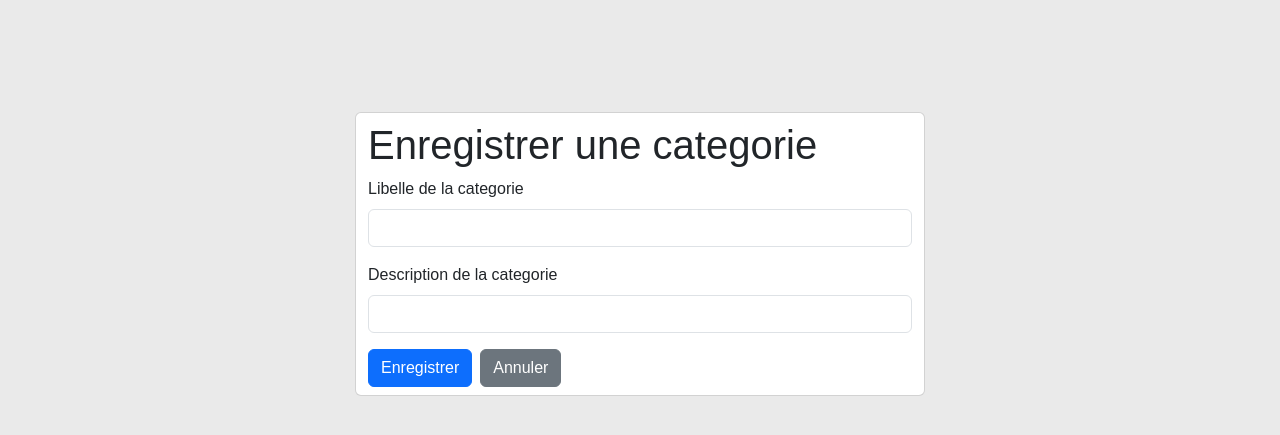
Repository: abdoulkarim20/model-gestion-produit-java-react
Page: /create-categorie
The author's editor kept a copy of each file at every save. The page is drawn from the files as they stood at one save, then again after a run of saves.
The browser window is 1280 px wide. The pictures show the whole page.
The project was rebuilt for these pictures with package versions that can differ from the ones it lists, and the page was loaded fresh each time. Also part of the build but not shown: vite.config.ts, src/components/categories/CategorieTable.tsx.

Above is the page before, as saved 2024-07-20 03:09:20.

### index.html
<!doctype html>
<html lang="en">

<head>
  <meta charset="UTF-8" />
  <link rel="icon" type="image/svg+xml" href="/vite.svg" />
  <meta name="viewport" content="width=device-width, initial-scale=1.0" />
  <title>Gestion des produits</title>
</head>

<body>
  <div id="root"></div>
  <script type="module" src="/src/main.tsx"></script>
</body>

</html>

### src/main.tsx
import React from 'react'
import ReactDOM from 'react-dom/client'
import './App.css'
import { RouterProvider } from 'react-router-dom'
import { router } from './router/Routes'

ReactDOM.createRoot(document.getElementById('root')!).render(
  <React.StrictMode>
    <RouterProvider router={router} />
  </React.StrictMode>,
)

### src/App.css
* {
    margin: 0;
    padding: 0;
    box-sizing: border-box;
    font-family: 'Nunito Sans', sans-serif;
}

body {
    background-color: #EAEAEA !important;
}

.container-style {
    margin-top: 7em;
}

.button-ajouter-style {
    margin-top: 2rem;
    margin-bottom: 1rem;
    display: flex;
    justify-content: center;
    align-items: center;
    height: 40px;
    width: auto;
    padding: 1rem;
    border-radius: 8px;
    border: none;
    background: #0B5ED7;
    color: white;
}

.form-class-div {
    width: 80%;
}

### src/router/Routes.tsx
import { createBrowserRouter, RouteObject } from "react-router-dom";
import App from "../App";
import CategorieForm from "../components/categories/CategorieForm";
import CategorieTable from "../components/categories/CategorieTable";

export const routes: RouteObject[] = [
    {
        path: '/',
        element: <App />,
        children: [
            {
                path: 'create-categorie', element: <CategorieForm key='create' />
            },
            {
                path: 'update-categorie/:id', element: <CategorieForm key='update' />
            },
            {
                path: '*', element: <CategorieTable />
            }
        ]
    }
]
export const router = createBrowserRouter(routes)

### src/App.tsx
import './App.css'
import './../node_modules/bootstrap/dist/css/bootstrap.min.css'
import { Outlet, useLocation } from 'react-router-dom'
import CategorieTable from './components/categories/CategorieTable';

function App() {
  const location = useLocation();
  return (
    <>
      {
        location.pathname === '/' ? <CategorieTable /> : (
          <div className='container-style'>
            <Outlet />
          </div>
        )
      }
    </>
  )
}

export default App

### src/components/categories/CategorieForm.tsx
import { useEffect, useState } from "react";
import { useNavigate, useParams } from "react-router-dom"
import { CategorieDTO } from "../../models/categorie/categorieDTO";
import apiConnexion from "../../api/apiConnexion";

export default function CategorieForm() {
    const { id } = useParams();
    const navigate = useNavigate();

    const [categorie, setCategorie] = useState<CategorieDTO>({
        id: undefined,
        libelle: '',
        descrition: ''
    })

    useEffect(() => {
        if (id) {
            apiConnexion.getCategorieDetail(id).then(categorie => setCategorie(categorie!));
        }
    }, [id]);

    function handleSubmit() {
        if (!categorie.id) {
            apiConnexion.createCategorie(categorie).then(() => navigate('/'));
        } else {
            apiConnexion.updateCategorie(categorie).then(() => navigate('/'));
        }
    }

    return (
        <>
            <div className="container">
                <div className="row">

                    <div className="col-md-6 offset-md-3 card py-2">
                    <h1>Enregistrer une categorie</h1>
                        <form className="form-style">
                            <div className="mb-3">
                                <label htmlFor="exampleInputEmail1" className="form-label">Libelle de la categorie</label>
                                <input type="email" className="form-control" id="exampleInputEmail1" aria-describedby="emailHelp" />
                            </div>
                            <div className="mb-3">
                                <label htmlFor="exampleInputPassword1" className="form-label">Description de la categorie</label>
                                <input type="password" className="form-control" id="exampleInputPassword1" />
                            </div>
                            <button type="submit" className="btn btn-primary">Enregistrer</button>
                            <button type="reset" className="btn btn-secondary mx-2">Annuler</button>
                        </form>
                    </div>
                </div>
            </div>
        </>
    )
}

### src/api/apiConnexion.ts
import axios, { AxiosResponse } from "axios";
import { CategorieDTO } from "../models/categorie/categorieDTO";
import { API_BASE_URL } from "../../config.ts";

const apiConnexion = {

    getAllCategories: async (): Promise<CategorieDTO[]> => {
        try {
            const response: AxiosResponse<CategorieDTO[]> = await axios.get(`${API_BASE_URL}/categories/liste`);
            const categories = response.data.map((categorie: CategorieDTO) => ({
                ...categorie
            }));
            return categories;

        } catch (error) {
            console.log("Error lors de la recuperation de la liste des categories d'un produit", error);
            throw error;
        }
    },
    createCategorie: async (categorie: CategorieDTO): Promise<CategorieDTO> => {
        try {
            const response = await axios.post<CategorieDTO>(`${API_BASE_URL}/save-categorie`, categorie);
            return response.data;
        } catch (error) {
            console.log("Erreur lors de la creation d'une categorie", error);
            throw error;
        }
    },
    updateCategorie: async (categorie: CategorieDTO): Promise<CategorieDTO> => {
        try {
            const response = await axios.put<CategorieDTO>(`${API_BASE_URL}/update-categorie/${categorie.id}`, categorie);
            return response.data;
        } catch (error) {
            console.log("Erreur lors de la mise a jour d'une categorie", error);
            throw error;
        }
    },
    deleteCategorie: async (id: number): Promise<void> => {
        try {
            await axios.delete<number>(`${API_BASE_URL}/categories/delete-categorie/${id}`)
        } catch (error) {
            console.log("Erreur lors de la suppression d'une categorie", error);
            throw error;
        }
    },
    getCategorieDetail: async (id: string): Promise<CategorieDTO | undefined> => {
        try {
            const response = await axios.get<CategorieDTO>(`${API_BASE_URL}/detail-categorie/${id}`)
            return response.data;
        } catch (error) {
            console.log("Erreur lors de la recuperation du detail d'une categorie", error);
            throw error;
        }
    }
}

export default apiConnexion;

### config.ts
export const API_BASE_URL = 'http://localhost:8086';

After the next 5 saves:
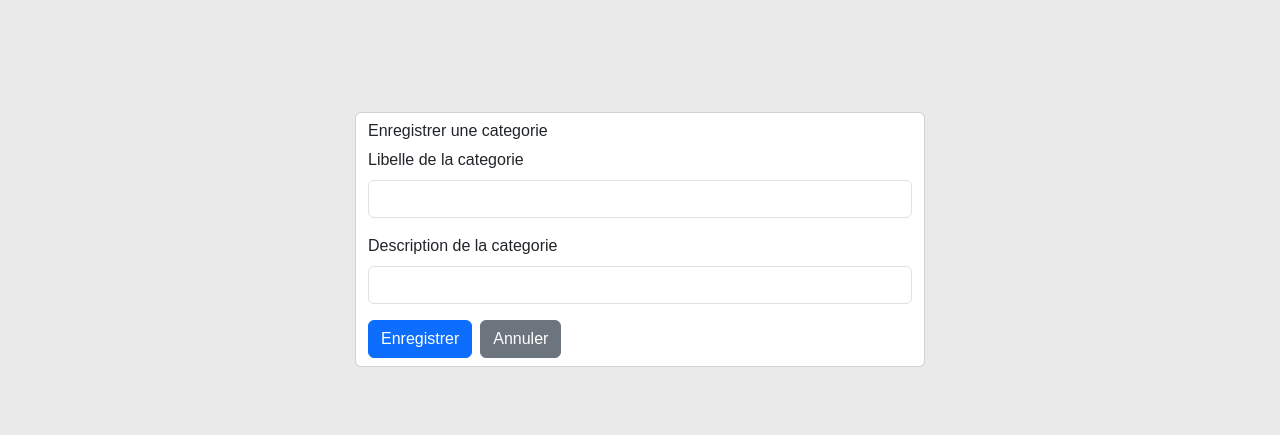
The 5 saves are shown as one change because 1 did not build or start and some came seconds apart.
The last was saved 18 s later.
--- a/src/components/categories/CategorieForm.tsx
+++ b/src/components/categories/CategorieForm.tsx
@@ -31,9 +31,8 @@ export default function CategorieForm() {
         <>
             <div className="container">
                 <div className="row">
-
                     <div className="col-md-6 offset-md-3 card py-2">
-                    <h1>Enregistrer une categorie</h1>
+                        <h6>Enregistrer une categorie</h6>
                         <form className="form-style">
                             <div className="mb-3">
                                 <label htmlFor="exampleInputEmail1" className="form-label">Libelle de la categorie</label>
